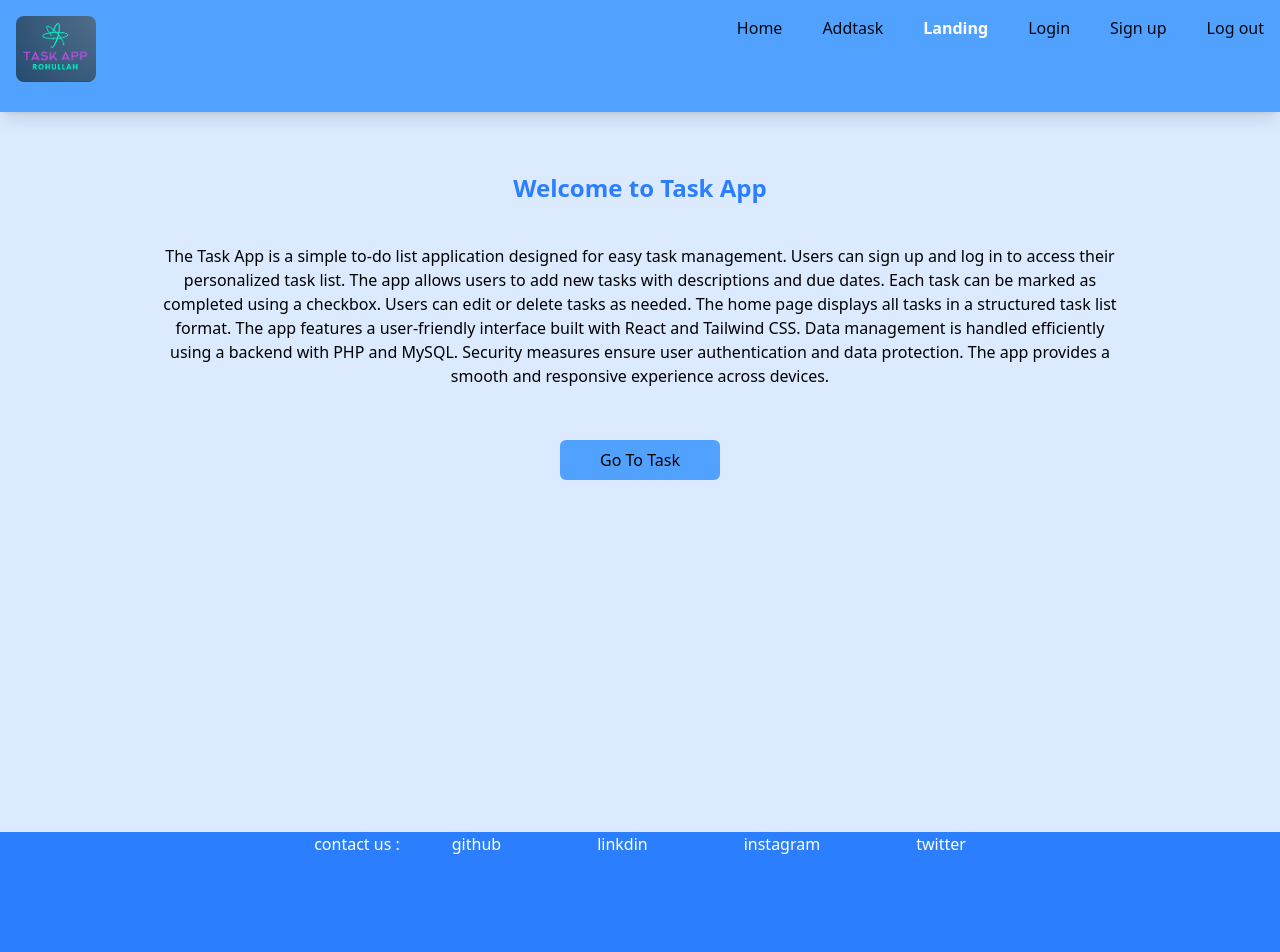
Repository: Rohullah-Noori/TaskApp
Page: /
An editor plug-in stored every save of this project. The page is shown before and after the next save, followed by the edit.
The browser window is 1280 px wide. The pictures show the whole page.
The project was rebuilt for these pictures with package versions that can differ from the ones it lists, and the page was loaded fresh each time. Also part of the build but not shown: vite.config.js, src/components/Loader.jsx, src/pages/Home.jsx, src/pages/Login.jsx, src/pages/Signup.jsx, src/pages/Addtask.jsx, src/pages/Edittask.jsx, src/pages/Errorpage.jsx and 1 more.

Above is the page before, as saved 2025-03-01 05:02:06.

### src/index.css
@import "tailwindcss";

.input {
  @apply border-3 border-blue-200 focus:outline-blue-500 w-full rounded-md p-1;
}

.containerForm {
  @apply flex items-center justify-center h-screen bg-blue-100 flex-grow overflow-y-auto;
}
.parentContainerForm {
  @apply w-full max-w-md bg-white p-8 rounded-lg shadow-lg;
}

.heading {
  @apply text-3xl font-bold mb-6 text-gray-800 text-center p-4;
}

.taskContainer {
  @apply bg-blue-100 h-screen justify-center flex;
}
.taskinnerContainer {
  @apply mt-10 text-center h-[90%]  shadow-lg bg-amber-50  rounded-xl p-10  max-w-md w-full;
}

.btndesign {
  @apply mt-3 cursor-pointer rounded-md py-2 mb-2  w-40 bg-blue-400  hover:bg-blue-500 hover:text-white;
}

### src/App.jsx
import { TasksProvider } from "./components/TaskContext";
import { BrowserRouter as Router, Routes, Route } from "react-router-dom";
// import PrivateRoute from "./components/PrivateRoute";
import { AuthProvider } from "./components/PrivateContext";
import Landing from "./pages/Landing";
import Home from "./pages/Home";
import Login from "./pages/Login";
import Signup from "./pages/Signup";
import Addtask from "./pages/Addtask";
import Edittask from "./pages/Edittask";
import Errorpage from "./pages/Errorpage";
import Logout from "./pages/Logout";

function App() {
  return (
    <>
      <Router>
        <AuthProvider>
          <TasksProvider>
            <Routes>
              {/* <Route path="/" element={<PrivateRoute />}></Route> */}
              <Route index element={<Landing />} />
              <Route path="/addtask" element={<Addtask />} />
              <Route path="/home" element={<Home />} />
              <Route path="/edit-task/:taskId" element={<Edittask />} />
              <Route path="/login" element={<Login />} />

              <Route path="/signup" element={<Signup />} />
              <Route path="/logout" element={<Logout />} />

              <Route path="/*" element={<Errorpage />} />
            </Routes>
          </TasksProvider>
        </AuthProvider>
      </Router>
    </>
  );
}

export default App;

### src/components/TaskContext.jsx
import { createContext, useContext, useState } from "react";

const TaskContext = createContext();
export const TasksProvider = ({ children }) => {
  const [tasks, setTasks] = useState([]);
  const [loading, setIsloading] = useState(false);
  const addtask = (newtask) => {
    setTasks((prevtask) => [...prevtask, newtask]);
  };

  const updateTask = (taskId, taskdata) => {
    setTasks((prevtask) =>
      prevtask.map((task) =>
        task.id === Number(taskId)
          ? {
              ...task,
              title: taskdata.title,
              startTime: taskdata.startTime,
              endTime: taskdata.endTime,
            }
          : task
      )
    );
  };

  return (
    <TaskContext.Provider
      value={{
        tasks,
        addtask,
        setTasks,
        loading,
        setIsloading,
        updateTask,
      }}
    >
      {children}
    </TaskContext.Provider>
  );
};

export const useTasks = () => useContext(TaskContext);

### src/components/PrivateContext.jsx
import { createContext, useContext, useEffect, useState } from "react";
import { useNavigate } from "react-router-dom";

const AuthContext = createContext();
export const AuthProvider = ({ children }) => {
  const [islogin, setIslogin] = useState(() => {
    return localStorage.getItem("islogin") === "true";
  });
  const navigate = useNavigate();

  useEffect(
    function () {
      localStorage.setItem("islogin", islogin ? "true" : "false");
    },

    [islogin]
  );

  const login = () => {
    setIslogin(true);
    navigate("/home");
  };

  const logout = () => {
    setIslogin(false);
    navigate("/login");
  };

  return (
    <AuthContext.Provider value={{ login, logout, islogin }}>
      {children}
    </AuthContext.Provider>
  );
};

export const useAuth = () => useContext(AuthContext);

### src/pages/Landing.jsx
import { Link, useNavigate } from "react-router-dom";
import Button from "../components/Button";
import Navbar from "../components/Navbar";
import { useEffect, useState } from "react";
import Loader from "../components/Loader";
import Footer from "../components/Footer";

function Landing() {
  const [loading, setIsloading] = useState(false);
  const navigate = useNavigate();

  function handleClick() {
    setIsloading(true);
    setTimeout(() => {
      navigate("/home");
      setIsloading(false);
    }, 1000);
  }

  return (
    <>
      <Navbar />
      <div className="flex bg-blue-100 justify-items-center  sm:h-screen justify-center">
        <div className=" text-center mt-15 px-10 sm:px-20 md:px-30 lg:px-40 ">
          <h2 className="font-bold sm:text-2xl text-blue-500 ">
            Welcome to Task App
          </h2>
          <p className="mt-10">
            The Task App is a simple to-do list application designed for easy
            task management. Users can sign up and log in to access their
            personalized task list. The app allows users to add new tasks with
            descriptions and due dates. Each task can be marked as completed
            using a checkbox. Users can edit or delete tasks as needed. The home
            page displays all tasks in a structured task list format. The app
            features a user-friendly interface built with React and Tailwind
            CSS. Data management is handled efficiently using a backend with PHP
            and MySQL. Security measures ensure user authentication and data
            protection. The app provides a smooth and responsive experience
            across devices.
          </p>
          <div className="mt-10">
            {loading && <Loader />}
            <Button onClick={handleClick}>Go To Task</Button>
          </div>
        </div>
      </div>
      <Footer />
    </>
  );
}

export default Landing;

### src/components/Button.jsx
function Button({ children, onClick, disabled }) {
  return (
    <button onClick={onClick} disabled={disabled} className="btndesign">
      {children}
    </button>
  );
}

export default Button;

### src/components/Navbar.jsx
import { Link, useLocation } from "react-router-dom";
import { useState } from "react";
function Navbar() {
  const location = useLocation();
  const [Open, setIsOpen] = useState(false);

  function Toggle() {
    setIsOpen(!Open);
  }

  return (
    <nav className="bg-blue-400  flex shadow-lg p-4  justify-between    sticky top-0 z-10 ">
      <div className="size-20  ">
        <img src="../src/assets/logo/Capture.PNG" className="rounded-lg" />
      </div>
      <div className="lg:hidden">
        <button className="text-white" onClick={Toggle}>
          <svg
            xmlns="http://www.w3.org/2000/svg"
            fill="none"
            viewBox="0 0 24 24"
            stroke="currentColor"
            className="h-6 w-6"
          >
            <path
              strokeLinecap="round"
              strokeLinejoin="round"
              strokeWidth="2"
              d="M4 6h16M4 12h16M4 18h16"
            />
          </svg>
        </button>
      </div>
      <ul className=" hidden lg:flex space-x-10">
        {[
          {
            path: "/home",
            label: "Home",
          },
          {
            path: "/addtask",
            label: "Addtask",
          },
          {
            path: "/",
            label: "Landing",
          },
          {
            path: "/login",
            label: "Login",
          },

          {
            path: "/signup",
            label: "Sign up",
          },
          {
            path: "/logout",
            label: "Log out",
          },
        ].map((item) => (
          <li key={item.path}>
            <Link
              to={item.path}
              className={`hover:text-amber-50 active:text-amber-50 ${
                location.pathname === item.path
                  ? "text-white font-bold"
                  : "text-gray-950"
              }`}
            >
              {item.label}
            </Link>
          </li>
        ))}
      </ul>
      <div
        className={`${
          Open ? "block" : "hidden"
        } absolute w-full top-24 flex flex-col justify-center items-start pl-6  text-center left-0 bg-blue-400 text-white text-center py-4`}
      >
        {[
          {
            path: "/home",
            label: "Home",
          },
          {
            path: "/addtask",
            label: "Addtask",
          },
          {
            path: "/",
            label: "Landing",
          },
          {
            path: "/login",
            label: "Login",
          },

          {
            path: "/signup",
            label: "Sign up",
          },
          {
            path: "/edittask",
            label: "Edit",
          },
        ].map((item) => (
          <Link
            key={item.path}
            to={item.path}
            className={`hover:text-amber-50 active:text-amber-50 ${
              location.pathname === item.path
                ? "text-white font-bold"
                : "text-gray-950"
            }`}
          >
            {item.label}
          </Link>
        ))}
      </div>
    </nav>
  );
}

export default Navbar;

### src/components/Footer.jsx
function Footer() {
  return (
    <div className="w-full">
      <div className="bg-blue-500 w-full h-30 flex justify-center space-x-13 text-white">
        <div>
          <h1>contact us :</h1>
        </div>
        <div className="flex flex-row space-x-24">
          <span>github</span>
          <span>linkdin</span>
          <span>instagram</span>
          <span>twitter</span>
        </div>
      </div>
    </div>
  );
}

export default Footer;

Loaded but not shown: index.html (common file); src/main.jsx (common file)

After the next save:
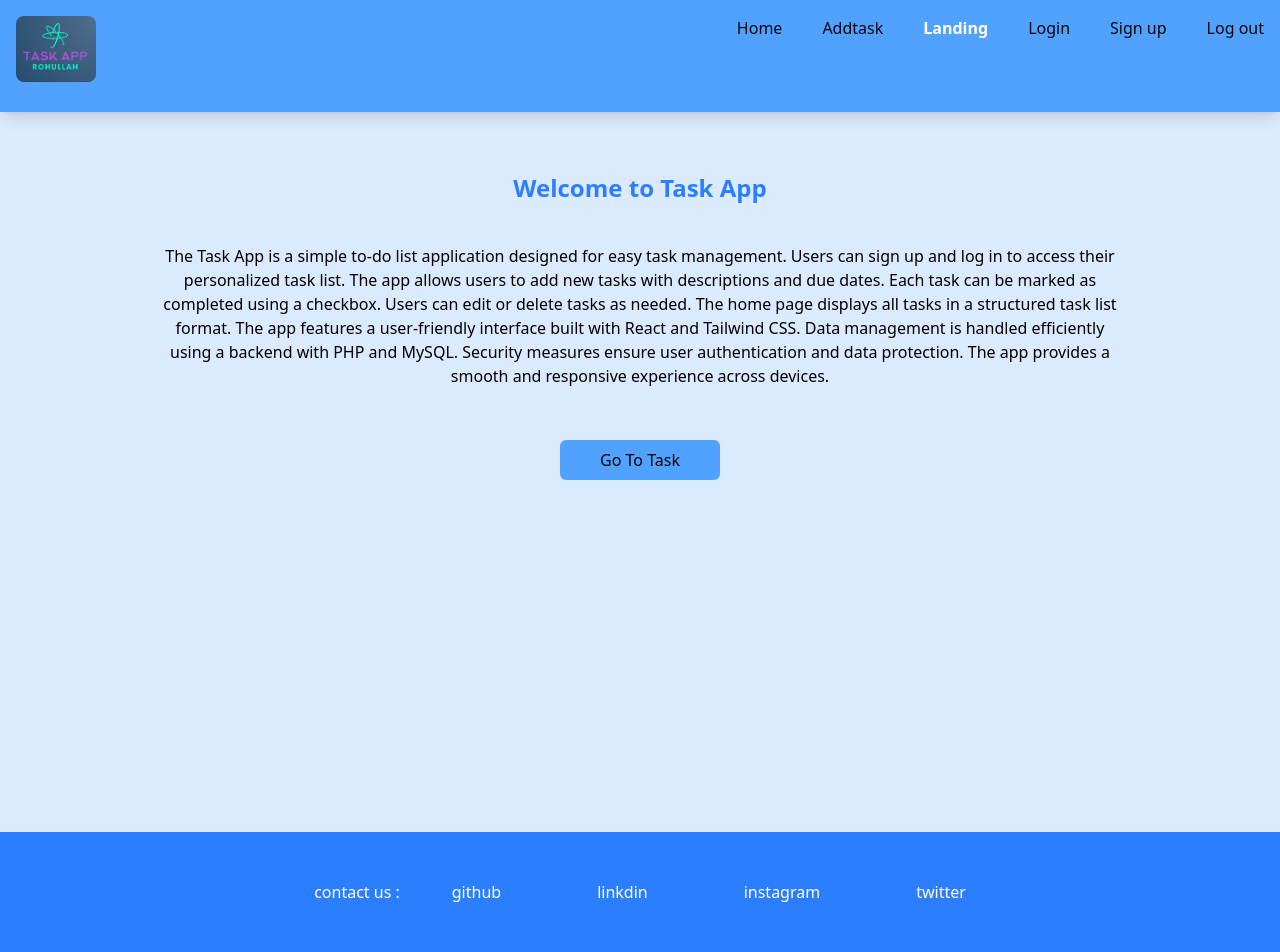
Saved 20 s later.
--- a/src/components/Footer.jsx
+++ b/src/components/Footer.jsx
@@ -1,7 +1,7 @@
 function Footer() {
   return (
-    <div className="w-full">
-      <div className="bg-blue-500 w-full h-30 flex justify-center space-x-13 text-white">
+    <div className="w-full ">
+      <div className="bg-blue-500 w-full h-30 flex justify-center space-x-13 text-white items-center">
         <div>
           <h1>contact us :</h1>
         </div>
